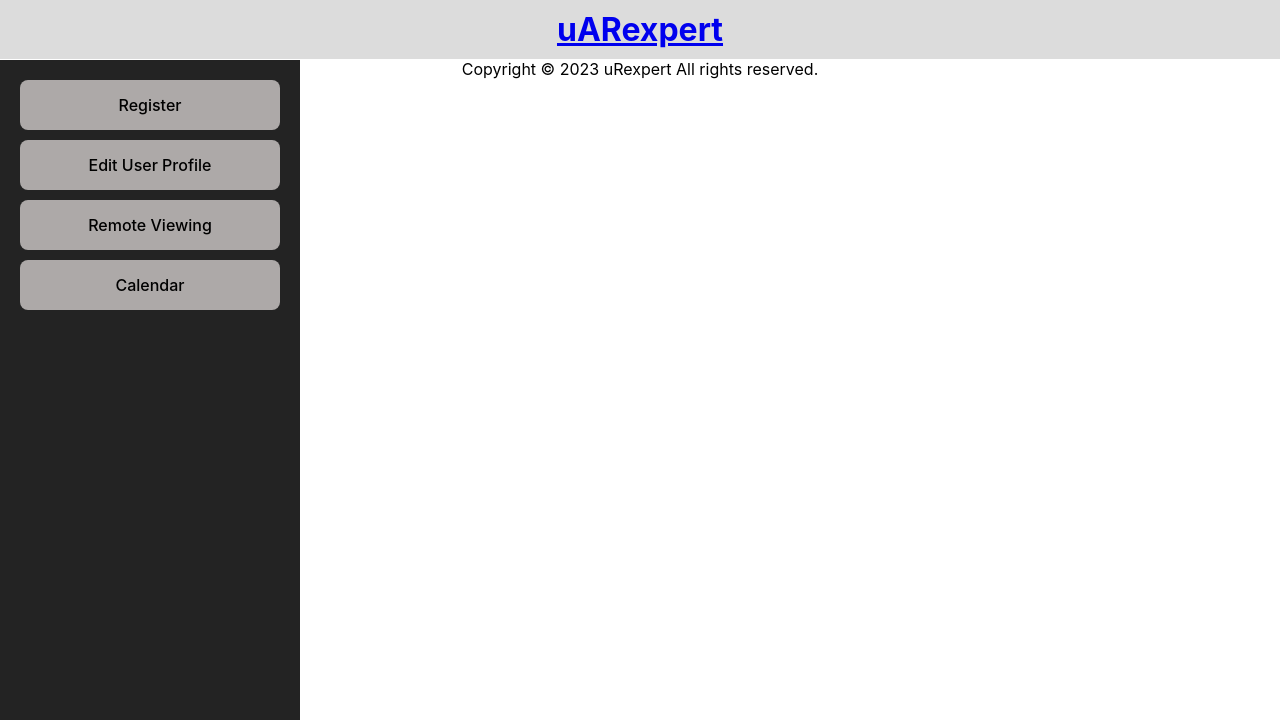
Repository: onionNguyen/Senior-Design-Project
Page: / (app in frontend/)
An editor plug-in stored every save of this project. The page is shown before and after the next save, followed by the edit.
The browser window is 1280 px wide. The pictures show the whole page.
The page's requests for data from a server got no answer. The project was rebuilt for these pictures with package versions that can differ from the ones it lists, and the page was loaded fresh each time. No one was signed in, and anything a server would have sent is missing. Also part of the build but not shown: frontend/src/components/form/Form.module.css, frontend/src/components/form/Input.js, frontend/src/components/pages/edit-user-profile/EditProfile.module.css, frontend/src/components/form/IndicatesRequired.js, frontend/src/components/form/MessageRibbon.js, frontend/src/components/pages/edit-user-profile/EditProfile.js, frontend/src/components/pages/login/Login.module.css, frontend/src/components/pages/login/Login.js and 7 more.

Above is the page before, as saved 2023-10-27 13:42:25.

### frontend/src/index.css
* {
  box-sizing: border-box;
  margin: 0;
  padding: 0;
}

body {
  font-family: -apple-system, BlinkMacSystemFont, "Segoe UI", "Roboto", "Oxygen",
    "Ubuntu", "Cantarell", "Fira Sans", "Droid Sans", "Helvetica Neue",
    sans-serif;
  -webkit-font-smoothing: antialiased;
  -moz-osx-font-smoothing: grayscale;
}

code {
  font-family: source-code-pro, Menlo, Monaco, Consolas, "Courier New",
    monospace;
}

### frontend/src/App.js
import { BrowserRouter as Router, Routes, Route } from "react-router-dom";
import EditProfile from "./components/pages/edit-user-profile/EditProfile";
import Login from "./components/pages/login/Login";
import Home from "./components/pages/home/Home";
import Register from "./components/pages/registration/Register";
import { AuthContext } from "./helpers/AuthContext";
import { useState, useEffect } from "react";
import axios from "axios";
import NotFound from "./components/pages/error/NotFound";
import Calendar from "./components/pages/calendar/Calendar";
import RemoteViewing from "./components/pages/remote-viewing/RemoteViewing";

function App() {
  const [authState, setAuthState] = useState({
    id: 0,
    name: "",
    email: "",
    status: false,
  });

  useEffect(() => {
    axios
      .get("http://localhost:5000/auth", {
        headers: {
          accessToken: localStorage.getItem("accessToken"),
        },
      })
      .then((response) => {
        console.log(response.data);
        if (response.data.error) {
          setAuthState({
            ...authState,
            status: false,
          });
        } else {
          setAuthState({
            id: response.data.id,
            name: response.data.name,
            email: response.data.email,
            status: true,
          });
        }
      });
  }, [authState]);

  return (
    <AuthContext.Provider value={{ authState, setAuthState }}>
      <Router>
        <Routes>
          <Route path="/" exact element={<Home />} />
          <Route path="/register" exact element={<Register />} />
          <Route path="/login" exact element={<Login />} />
          <Route path="/profile/edit" exact element={<EditProfile />} />
          <Route path="/calendar" exact element={<Calendar />} />
          <Route path="/remote-viewing" exact element={<RemoteViewing />} />
          <Route path="*" exact element={<NotFound />} />
        </Routes>
      </Router>
    </AuthContext.Provider>
  );
}

export default App;

### frontend/src/components/pages/home/Home.js
import React, { useEffect, useContext } from "react";
import SideNav from "../../sidenav/SideNav";
import Footer from "../../footer/Footer";
import Header from "../../header/Header";
import styles from "./Home.module.css";
import { AuthContext } from "../../../helpers/AuthContext";
import Unauthorized from "../error/Unauthorized";

const Home = () => {
  const { authState } = useContext(AuthContext);

  return authState ? (
    <div>
      <Header />
      <SideNav />
      <Footer />
    </div>
  ) : (
    <Unauthorized />
  );
};

export default Home;

### frontend/src/components/footer/Footer.js
import React from "react";
import styles from "./Footer.module.css";

const Footer = () => {
  return (
    <div className={styles["footer"]}>
      <p>Copyright &copy; 2023 uRexpert All rights reserved.</p>
    </div>
  );
};

export default Footer;

### frontend/src/components/header/Header.js
import React from "react";
import styles from "./Header.module.css";
import { useContext } from "react";
import { AuthContext } from "../../helpers/AuthContext";
import { useNavigate, Link } from "react-router-dom";

const Header = () => {
  const { authState, setAuthState } = useContext(AuthContext);
  const navigate = useNavigate();

  const logout = () => {
    localStorage.removeItem("accessToken");
    setAuthState({
      id: 0,
      name: "",
      email: "",
      status: false,
    });
    navigate("/login");
  };

  return (
    <div className={styles["header"]}>
      <Link to="/">
        <h1>uARexpert</h1>
      </Link>
      {authState.status && <h2>{authState.name}</h2>}
      {authState.status && <button onClick={logout}>Logout</button>}
    </div>
  );
};

export default Header;

### frontend/src/components/sidenav/SideNav.js
import React from "react";
import styles from "./SideNav.module.css";
import { Link } from 'react-router-dom';

const SideNav = (props) => {
  return (
    <div className={styles.sidenav}>
      <ul className={styles.listGroup}>
        <li className={styles.listItem}>
          <Link to="/register">Register</Link>
        </li>
        <li className={styles.listItem}>
          <Link to="/profile/edit">Edit User Profile</Link>
        </li>
        <li className={styles.listItem}>
          <Link to="/remote-viewing">Remote Viewing</Link>
        </li>
        <li className={styles.listItem}>
          <Link to="/calendar">Calendar</Link>
        </li>
      </ul>
    </div>
  );
};

export default SideNav;

### frontend/src/components/header/Header.module.css
.header {
  display: flex;
  justify-content: center;
  align-items: center;
  background-color: gainsboro;
  padding: 10px 20px;
}

.left-aligned {
  display: flex;
  align-items: center;
}

#logo img {
  margin-right: 15px; /* Adjust as needed */
}

### frontend/src/components/sidenav/SideNav.module.css
.sidenav {
  height: calc(100vh - 60px);
  width: 300px; /* Fixed width to ensure uniform look across different screens */
  max-width: 80%; /* Ensure it doesn't consume too much space on smaller screens */
  z-index: 1;
  top: 60px;
  left: 0;
  background-color: #232323; /* Darker color for contrast */
  transition: 0.5s ease;
  overflow-x: hidden;
  padding: 20px;
  display: flex;
  flex-direction: column;
  align-items: center;
  position: fixed;
  overflow-y: auto;
}

.listGroup {
  width: 100%;
  list-style-type: none;
  padding: 0;
}

.listItem {
  width: 100%;
  padding: 15px 10px;
  text-align: center;
  margin-bottom: 10px;
  border-radius: 8px; /* Added border radius */
  background-color: #ada9a8;
  transition: background-color 0.3s ease; /* Transition effect for hover */
}

.listItem:hover {
  background-color: #7a7675; /* Change color on hover */
}

.listItem a {
  text-decoration: none;
  color: black; /* Ensure text is black, change as per your preference */
  font-weight: 500; /* Slightly bolder font */
  transition: color 0.3s ease; /* Transition effect for hover */
}

.listItem a:hover {
  color: white; /* Change color on hover */
}

Loaded but not shown: frontend/public/index.html (common file); frontend/src/index.js (common file); frontend/src/reportWebVitals.js (common file); frontend/src/helpers/AuthContext.js (common file); frontend/src/components/footer/Footer.module.css (common file)

After the next save:
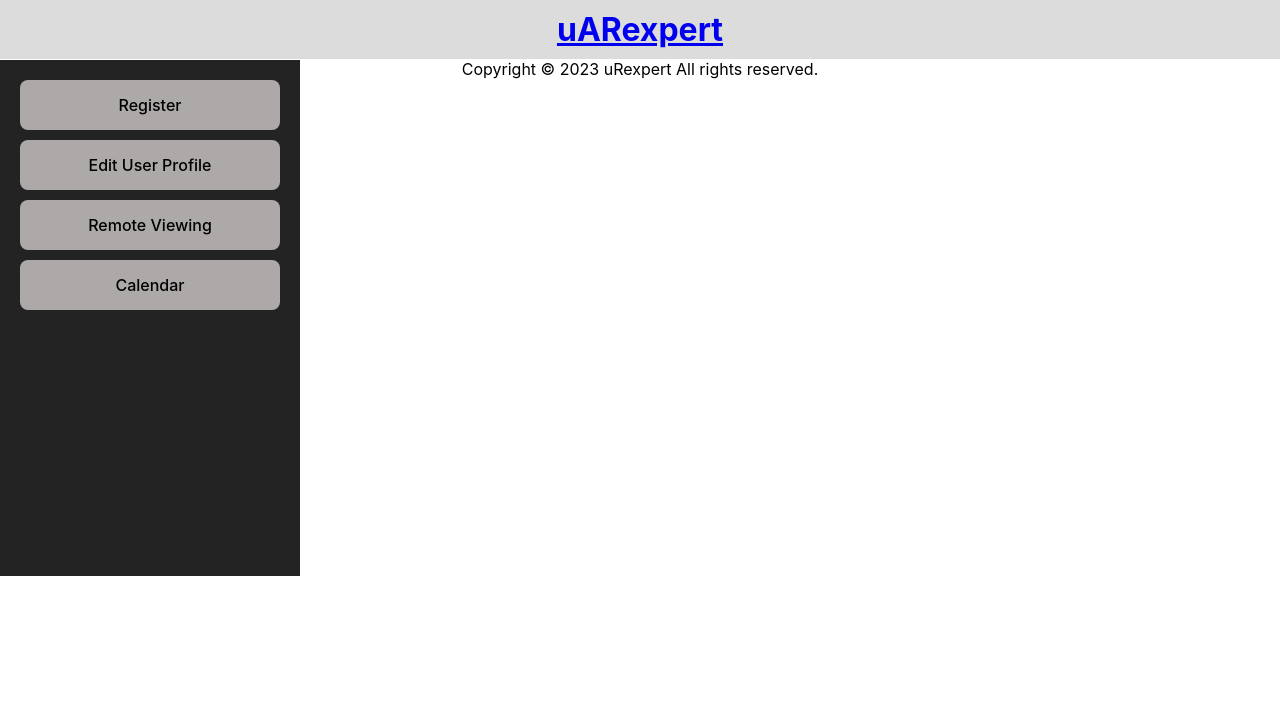
Saved 37 s later.
--- a/frontend/src/components/sidenav/SideNav.module.css
+++ b/frontend/src/components/sidenav/SideNav.module.css
@@ -1,5 +1,5 @@
 .sidenav {
-  height: calc(100vh - 60px);
+  height: calc(80vh - 60px);
   width: 300px; /* Fixed width to ensure uniform look across different screens */
   max-width: 80%; /* Ensure it doesn't consume too much space on smaller screens */
   z-index: 1;
